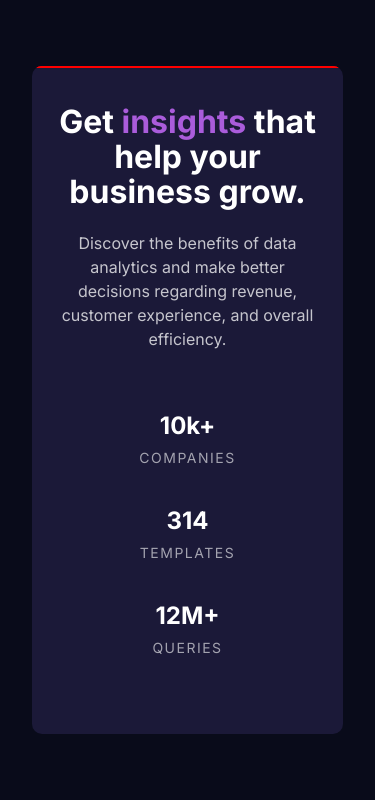
Repository: keisewarsame/stats-preview-frontendmentor
Page: index.html
An editor plug-in stored every save of this project. The page is shown before and after a run of saves, followed by the edit.
The browser window is 375 px wide. The pictures show the whole page.

Above is the page before, as saved 2022-07-12 14:58:30.

### index.html
<!DOCTYPE html>
<html lang="en">
<head>
  <meta charset="UTF-8">
  <meta name="viewport" content="width=device-width, initial-scale=1.0"> <!-- displays site properly based on user's device -->
  <link rel="icon" type="image/png" sizes="32x32" href="./images/favicon-32x32.png">
  <link rel="stylesheet" href="styles.css">
  <title>Frontend Mentor | Stats preview card component</title>
</head>
<body>
    <div class="container">
        <div class="wrapper">
            <div class="text-component">
                <h1 class="title">Get <span>insights</span> that help your business grow.</h1>
                <p class="subtitle">Discover the benefits of data analytics and make better decisions regarding revenue, customer experience, and overall efficiency.</p>
                <div class="stats-component">
                    <div>
                        <p class="num">10k+</p>
                        <p class="stats-sub">Companies</p>
                    </div>
                    <div>
                        <p class="num">314</p>
                        <p class="stats-sub">Templates</p>
                    </div>
                    <div>
                        <p class="num">12M+</p>
                        <p class="stats-sub">Queries</p>
                    </div>
                </div>
            </div>
            <div class="image-component">

            </div>
            <div class="img-cover"></div>
        </div>
    </div>
</body>
</html>

### styles.css
@import url('https://fonts.googleapis.com/css2?family=Inter:wght@400;700&family=Lexend+Deca&display=swap');

* {
    margin: 0;
    padding: 0;
}

body {
    font-family: 'Inter', sans-serif;
    display: flex;
    align-items: center;
    min-height: 100vh;
    background-color: hsl(233, 47%, 7%);
}

.container {
    margin: 0 auto;
    max-width: 1040px;
}

.wrapper {
    background-color: hsl(244, 38%, 16%);
    display: grid;
    grid-template-columns: 1fr 1fr;
    border-radius: 10px;
    overflow: hidden;
    margin: 2rem;
}

.text-component {
    padding: 13%;
    font-family: 'Inter', sans-serif;
}

.title {
    color: hsl(0, 0%, 100%);
    padding-bottom: 22px;
    font-weight: 700;
}

.title span {
    color: hsl(277, 64%, 61%)
}

.subtitle {
    color: hsla(0, 0%, 100%, 0.75);
    line-height: 1.5;
    font-size: 15px;
}

.stats-component {
    display: flex;
    justify-content: space-between;
    padding-top: 60px;
}

.num {
    color: hsl(0, 0%, 100%);
    font-weight: 700;
    font-size: 24px;
    margin-bottom: 9px
}

.stats-sub {
    text-transform: uppercase;
    color: hsla(0, 0%, 100%, 0.6);
    font-size: 14px;
    letter-spacing: 1.5px;
}



.image-component {
    position: relative;
    background: url(/images/image-header-desktop.jpg) no-repeat;
    height: 100%;
    width: 100%;
}

img {
    height: 100%;
    width: 100%;
}

.image-component::after {
    position: absolute;
    content: '';
    height: 100%;
    width: 100%;
    top: 0;
    right: 0;
    background-color: hsla(277, 64%, 61%, 0.6);;
}

@media screen and (max-width: 425px) {
    body {
        text-align: center;
    }

    .wrapper {
        grid-template-columns: 3fr;
        position: relative;
    }

    .image-component {
        position: relative;
        /* background: url(/images/image-header-mobile.jpg); */
        height: 100%;
        width: 100%;
        order: -1;
        /* content: url(/images/image-header-mobile.jpg); */

    }

    .img-cover {
        position: absolute;
        width: 100%;
        height: 100px
        top: 0;
        border: 1px solid red;
        background-color: red;
        z-index: 1;
        box-shadow: ;

    }

    .stats-component {
        flex-direction: column;
    }

    .text-component {
        padding: 12% 8%;
    }

    .title {
        line-height: 1.1;
    }

    .stats-component div {
        margin-bottom: 40px;
    }

    .subtitle {
        font-size: 16px;
        font-family: ;
    }
}

After the next 3 saves:
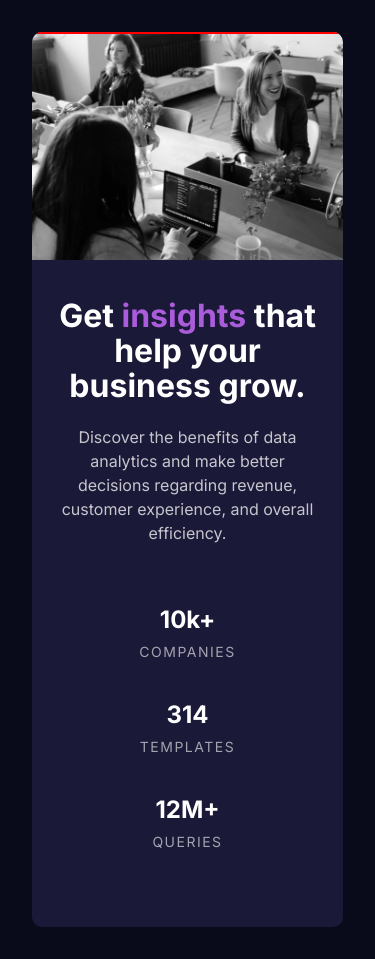
The 3 saves are shown as one change because they came seconds apart.
The last was saved 10 s later.
--- a/styles.css
+++ b/styles.css
@@ -104,11 +104,10 @@ img {
 
     .image-component {
         position: relative;
-        /* background: url(/images/image-header-mobile.jpg); */
         height: 100%;
         width: 100%;
         order: -1;
-        /* content: url(/images/image-header-mobile.jpg); */
+        content: url(/images/image-header-mobile.jpg);
 
     }
 
